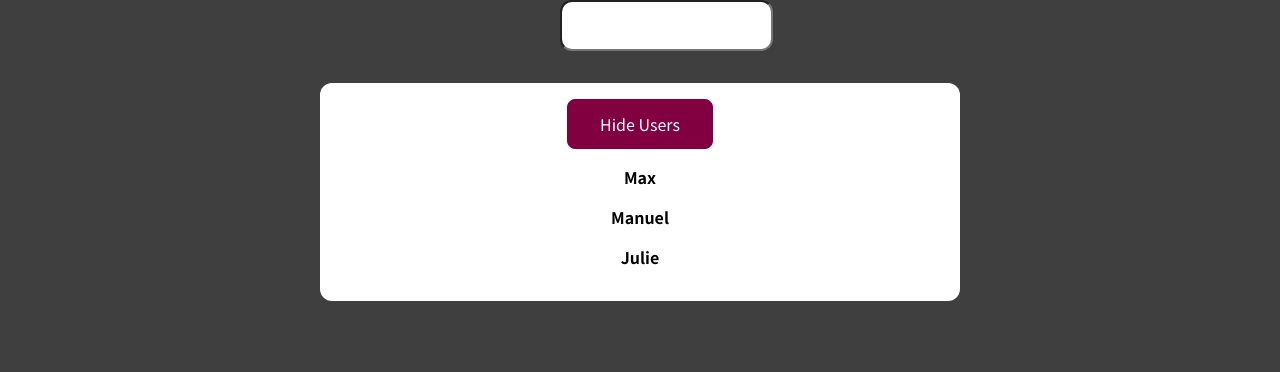
Repository: prathmeshgodbole/React-Class-Based
Page: /
The author's editor kept a copy of each file at every save. The page is drawn from the files as they stood at one save, then again after the next save.
The browser window is 1280 px wide. The pictures show the whole page.
The project was rebuilt for these pictures with package versions that can differ from the ones it lists, and the page was loaded fresh each time.

Above is the page before, as saved 2021-07-15 15:25:01.

After the next save:
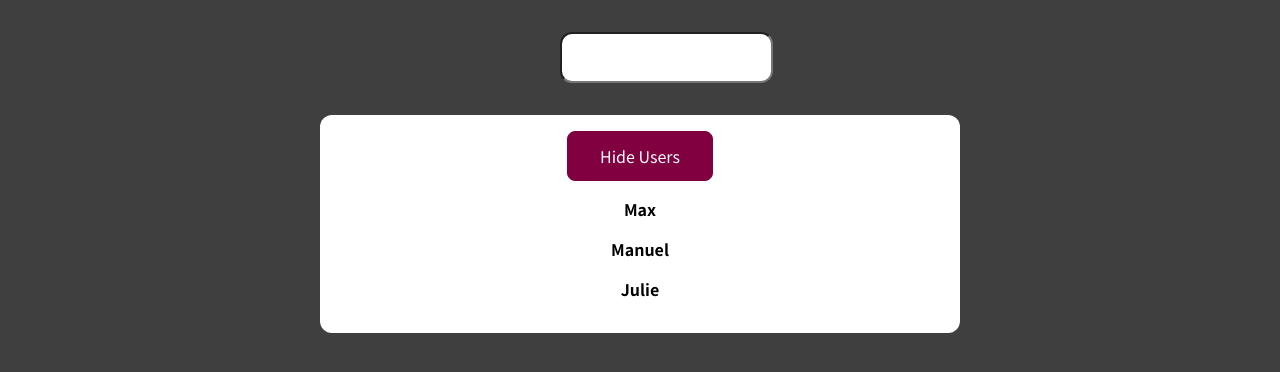
Saved 4 s later.
--- a/src/components/UserFinder.module.css
+++ b/src/components/UserFinder.module.css
@@ -1,5 +1,5 @@
 .finder {
-    margin-top: ;
+    margin-top: 2rem;
     margin-left: 42em;
     /* margin: 2rem auto; */
     background-color: white;
